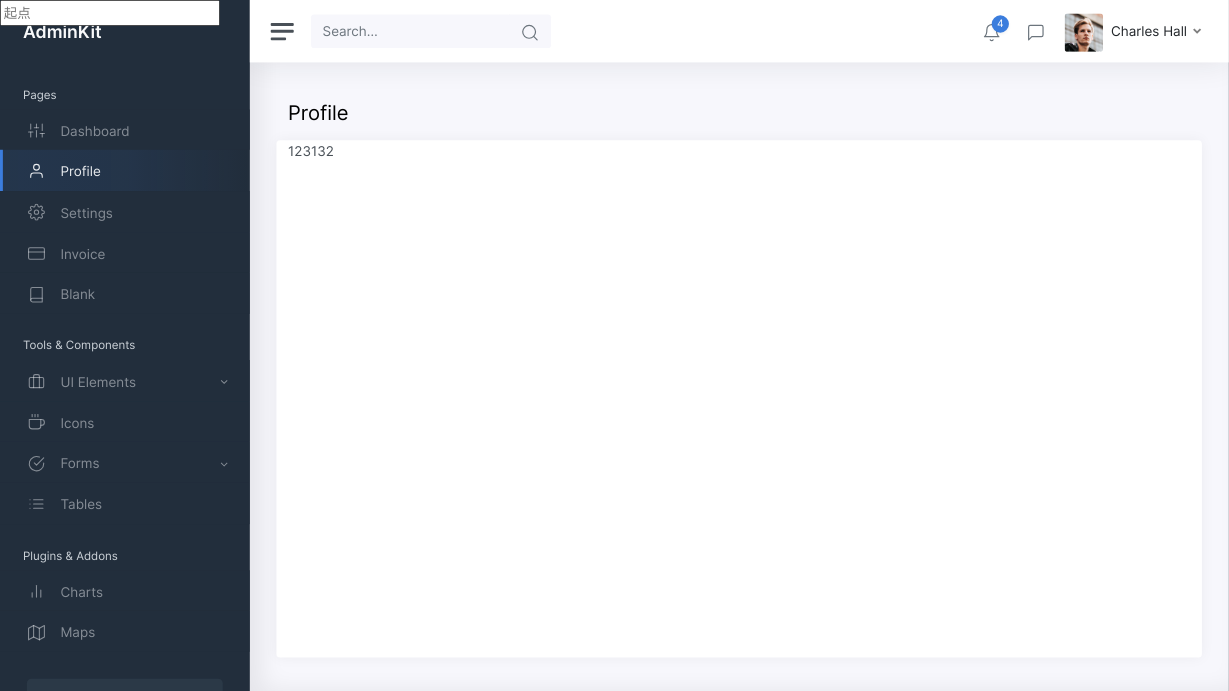
Repository: yuwei0922/WHURS-WGIS
Page: final_project/pages-profile.html
An editor plug-in stored every save of this project. The page is shown before and after the next save, followed by the edit.
The browser window is 1280 px wide. The pictures show the whole page, at 96% of full size.

Above is the page before, as saved 2022-12-21 20:48:55.
Not found: final_project/js/vendor.js

After the next save:
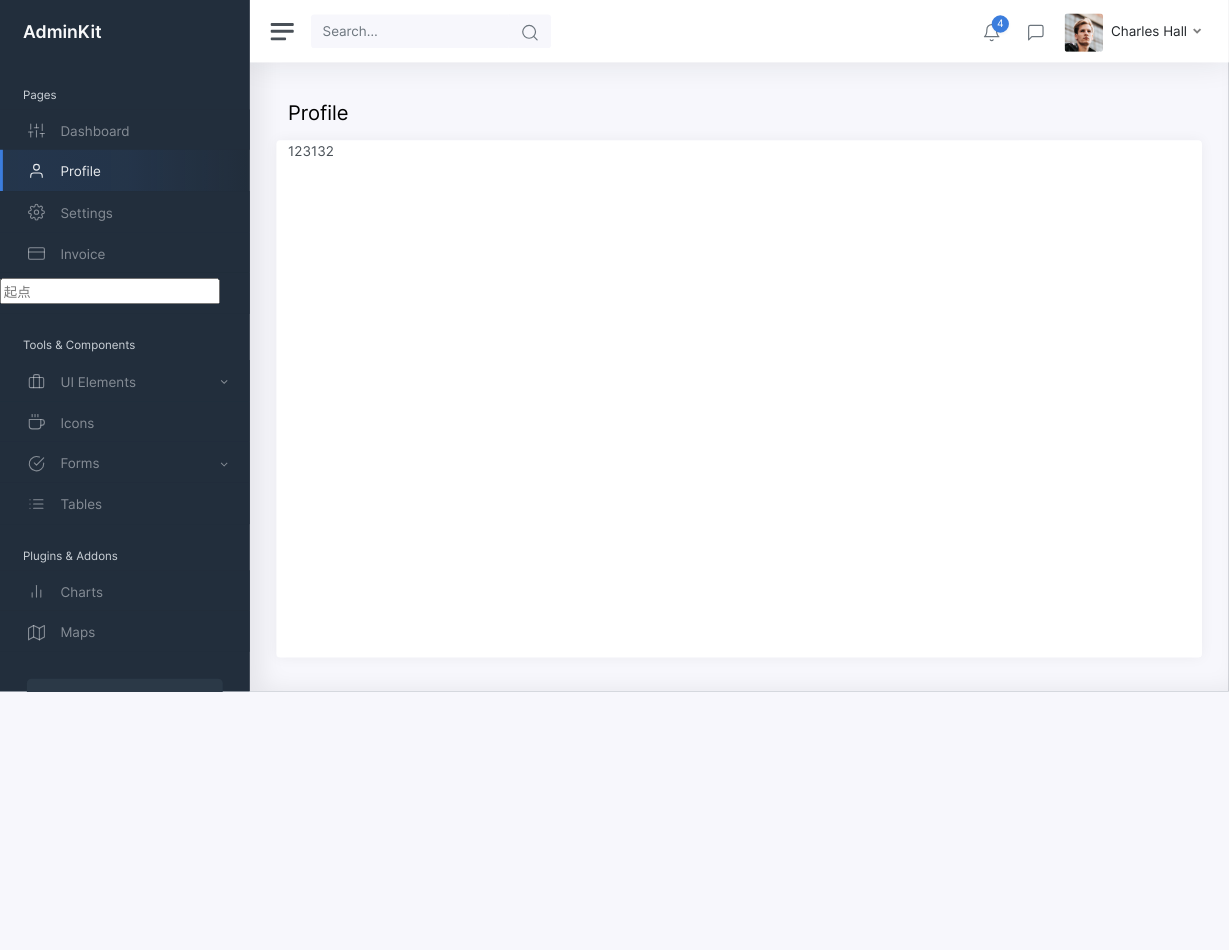
Saved 115 s later.
--- a/final_project/css/content.css
+++ b/final_project/css/content.css
@@ -8,6 +8,9 @@
 
 .select-contronller{
     position: absolute;
+    height: 700px;
+    margin-top: 50%;
+    transform: translateY(-50%);
 
 }
 
